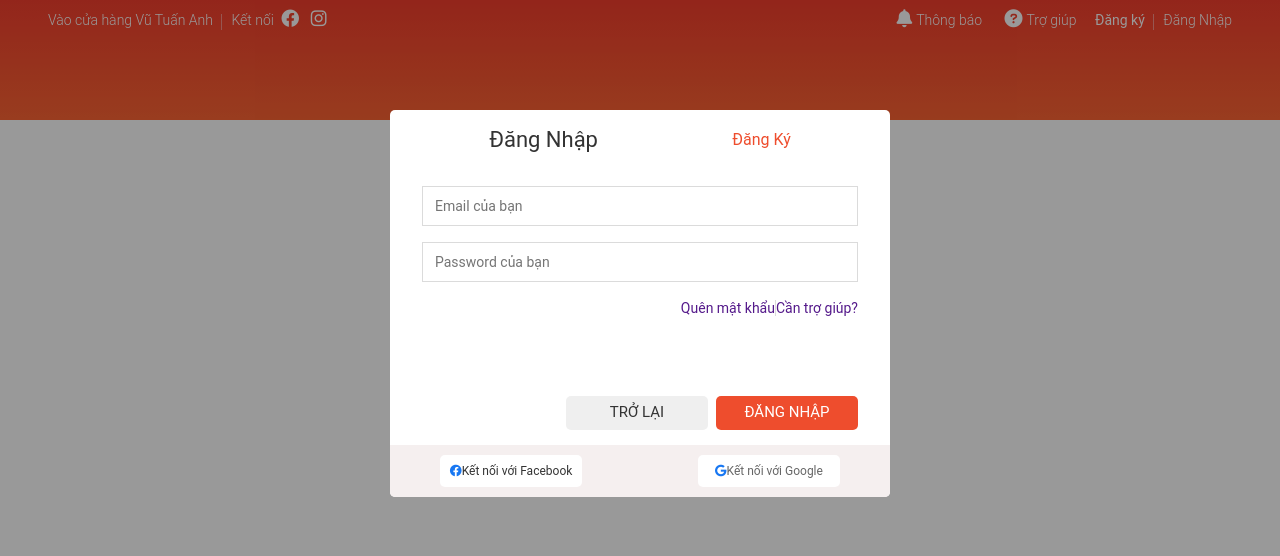
Repository: VuTuanAnh0949/Shopee
Page: index.html
An editor plug-in stored every save of this project. The page is shown before and after the next save, followed by the edit.
The browser window is 1280 px wide. The pictures show the whole page.

Above is the page before, as saved 2022-02-16 15:59:17.

After the next save:
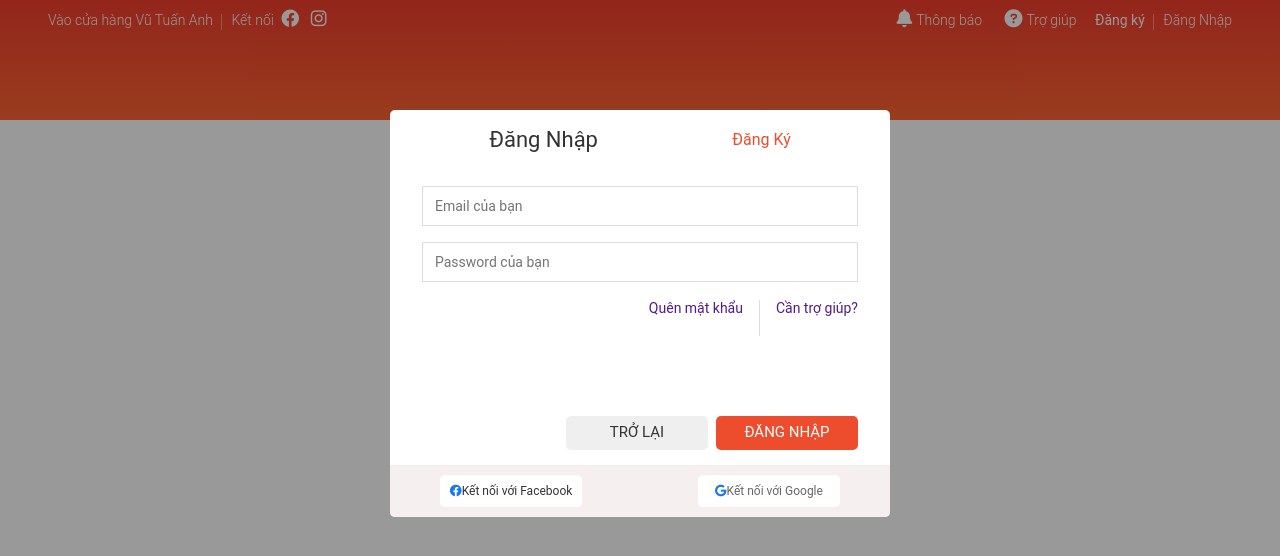
Saved 60 s later.
--- a/assets/css/main.css
+++ b/assets/css/main.css
@@ -323,6 +323,8 @@ justify-content: flex-end;
 }
 .auth-form__help-separate{
   display: flex;
+  height: 36px;
+  margin: 0 16px;
   border-left: 1px solid var(--border-color);
 
 }
